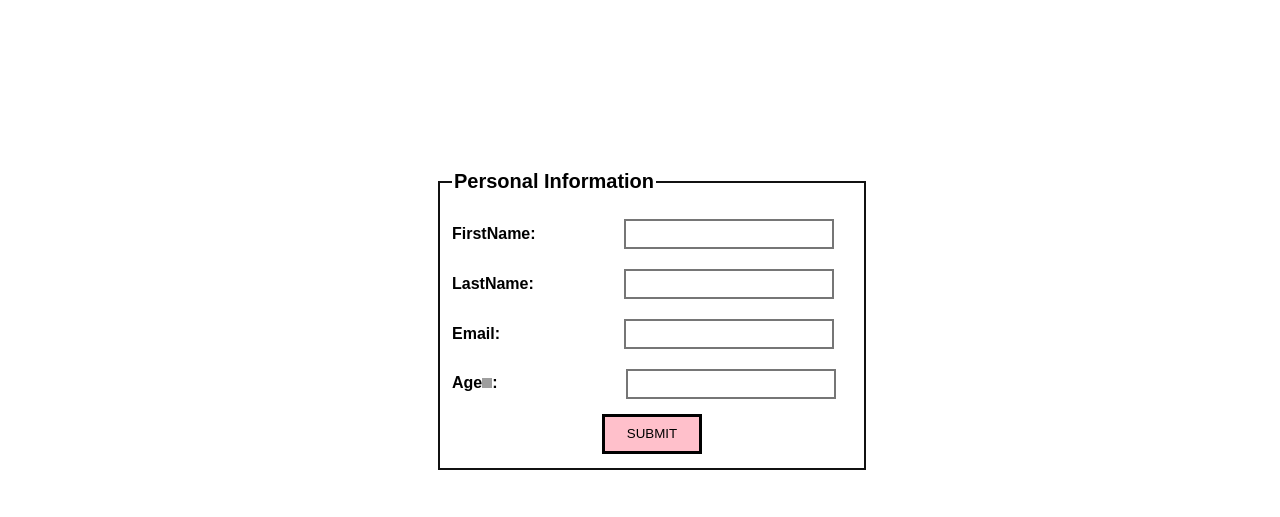
Repository: Femi007-gh/Legend
Page: index.html
The author's editor kept a copy of each file at every save. The page is drawn from the files as they stood at one save, then again after a run of saves.
The browser window is 1280 px wide. The pictures show the whole page.
Pictures or frames that could not be fetched are drawn as grey boxes.

Above is the page before, as saved 2025-04-04 17:56:09.

After the next 4 saves:
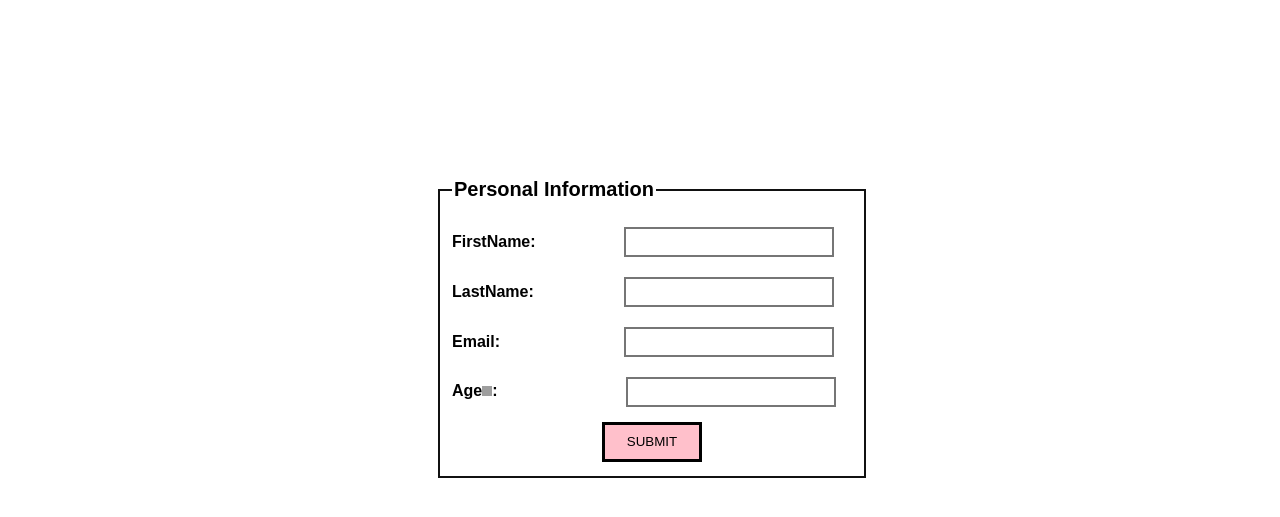
The 4 saves are shown as one change because they came seconds apart.
The last was saved 7 min 13 s later.
--- a/index.html
+++ b/index.html
@@ -4,6 +4,7 @@
     <link rel="stylesheet" href="style.css">
   </head>
   <body>
+    <img >
     <form>
       <fieldset class="field">
         <legend class="ld">Personal Information</legend>
